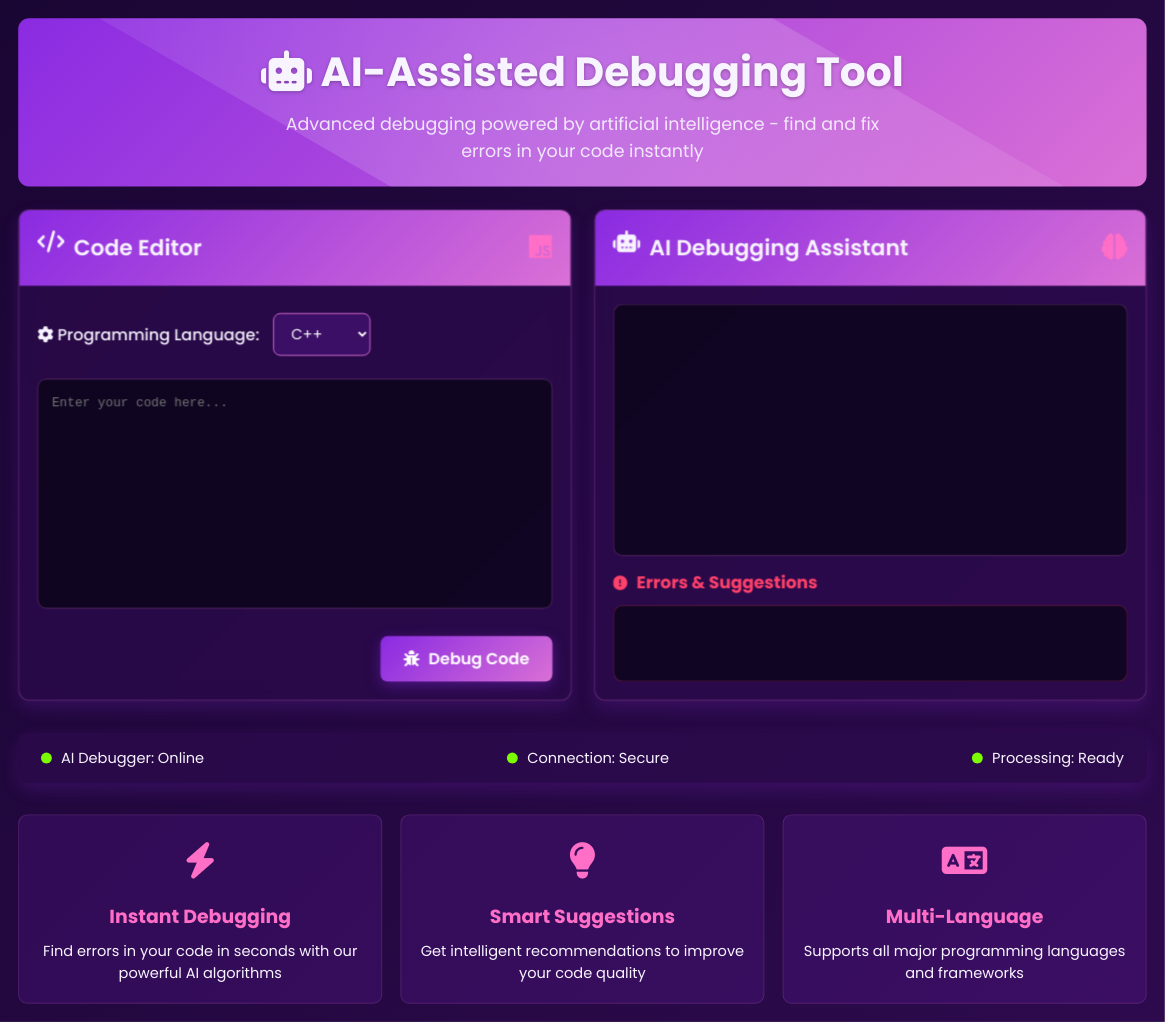
Repository: ujjwalkathait/AI-Asissted_Debugging_tool
Page: Frontend/public/index.html
These files come from the project's save history. The page is drawn as it stood at one moment and after the next save; the edit follows.
The browser window is 1280 px wide. The pictures show the whole page, at 91% of full size.

Above is the page before, as saved 2025-06-22 23:51:23.

### Frontend/public/index.html
<!DOCTYPE html>
<html lang="en">
<head>
    <meta charset="UTF-8">
    <meta name="viewport" content="width=device-width, initial-scale=1.0">
    <title>AI-Assisted Debugging Tool</title>
    <link href="https://fonts.googleapis.com/css2?family=Poppins:wght@300;400;500;600;700&display=swap" rel="stylesheet">
    <link rel="stylesheet" href="https://cdnjs.cloudflare.com/ajax/libs/font-awesome/6.4.0/css/all.min.css">
    <style>
        :root {
            --primary: #8A2BE2;
            --secondary: #DA70D6;
            --accent: #FF6EC7;
            --dark: #2D0A4D;
            --light: #F8F4FF;
            --text: #4A2A7C;
            --success: #7CFC00;
            --error: #FF416C;
            --border-radius: 12px;
            --transition: all 0.3s ease;
            --box-shadow: 0 8px 20px rgba(138, 43, 226, 0.2);
            --gradient: linear-gradient(135deg, var(--primary), var(--secondary));
        }

        * {
            margin: 0;
            padding: 0;
            box-sizing: border-box;
            font-family: 'Poppins', sans-serif;
        }

        body {
            background: linear-gradient(135deg, #1a0633, #2d0a4d);
            color: var(--light);
            min-height: 100vh;
            padding: 20px;
            display: flex;
            justify-content: center;
            align-items: center;
        }

        .container {
            width: 100%;
            max-width: 1600px;
            display: flex;
            flex-direction: column;
            gap: 25px;
        }

        header {
            text-align: center;
            padding: 25px;
            background: var(--gradient);
            border-radius: var(--border-radius);
            box-shadow: var(--box-shadow);
            animation: pulse 3s infinite;
            position: relative;
            overflow: hidden;
        }

        header::before {
            content: "";
            position: absolute;
            top: -50%;
            left: -50%;
            width: 200%;
            height: 200%;
            background: radial-gradient(circle, rgba(255,255,255,0.2) 0%, rgba(255,255,255,0) 70%);
            transform: rotate(30deg);
        }

        header h1 {
            font-size: 2.8rem;
            font-weight: 700;
            margin-bottom: 10px;
            text-shadow: 0 2px 4px rgba(0,0,0,0.3);
            position: relative;
        }

        header p {
            font-size: 1.2rem;
            opacity: 0.9;
            max-width: 700px;
            margin: 0 auto;
            position: relative;
        }

        .main-content {
            display: flex;
            gap: 25px;
            height: 75vh;
        }

        .panel {
            background: rgba(45, 10, 77, 0.7);
            backdrop-filter: blur(10px);
            border-radius: var(--border-radius);
            box-shadow: var(--box-shadow);
            overflow: hidden;
            display: flex;
            flex-direction: column;
            border: 1px solid rgba(218, 112, 214, 0.3);
            flex: 1;
        }

        .panel-header {
            padding: 20px;
            background: var(--gradient);
            display: flex;
            justify-content: space-between;
            align-items: center;
        }

        .panel-title {
            font-size: 1.5rem;
            font-weight: 600;
            display: flex;
            align-items: center;
            gap: 10px;
        }

        .panel-body {
            padding: 20px;
            flex: 1;
            display: flex;
            flex-direction: column;
            overflow: hidden;
        }

        .editor-container {
            flex: 1;
            display: flex;
            flex-direction: column;
            gap: 15px;
        }

        .language-selector {
            display: flex;
            align-items: center;
            gap: 15px;
            padding: 10px 0;
        }

        .language-selector label {
            font-size: 1.1rem;
            font-weight: 500;
        }

        select {
            padding: 10px 15px;
            background: rgba(138, 43, 226, 0.2);
            border: 1px solid var(--secondary);
            border-radius: 8px;
            color: white;
            font-size: 1rem;
            cursor: pointer;
            transition: var(--transition);
            outline: none;
        }

        select:focus {
            box-shadow: 0 0 0 3px rgba(218, 112, 214, 0.4);
        }

        .code-editor {
            flex: 1;
            background: rgba(10, 5, 25, 0.8);
            border-radius: 10px;
            border: 1px solid rgba(218, 112, 214, 0.3);
            padding: 15px;
            font-family: 'Courier New', monospace;
            font-size: 14px;
            color: #E6D4FF;
            line-height: 1.5;
            resize: none;
            transition: var(--transition);
        }

        .code-editor:focus {
            border-color: var(--accent);
            box-shadow: 0 0 0 3px rgba(255, 110, 199, 0.2);
        }

        .debug-btn {
            padding: 12px 25px;
            background: var(--gradient);
            color: white;
            border: none;
            border-radius: 8px;
            font-size: 1.1rem;
            font-weight: 600;
            cursor: pointer;
            transition: var(--transition);
            display: flex;
            align-items: center;
            justify-content: center;
            gap: 10px;
            margin-top: 15px;
            align-self: flex-end;
            box-shadow: 0 4px 15px rgba(138, 43, 226, 0.4);
        }

        .debug-btn:hover {
            transform: translateY(-3px);
            box-shadow: 0 6px 20px rgba(138, 43, 226, 0.6);
        }

        .debug-btn:active {
            transform: translateY(1px);
        }

        .output-container {
            flex: 1;
            display: flex;
            flex-direction: column;
            gap: 15px;
            overflow: hidden;
        }

        .ai-output {
            flex: 1;
            background: rgba(10, 5, 25, 0.8);
            border-radius: 10px;
            border: 1px solid rgba(218, 112, 214, 0.3);
            padding: 15px;
            font-family: 'Courier New', monospace;
            font-size: 14px;
            color: #E6D4FF;
            line-height: 1.5;
            overflow-y: auto;
        }

        .error-container {
            flex: 0.5;
            display: flex;
            flex-direction: column;
            gap: 10px;
        }

        .error-header {
            display: flex;
            align-items: center;
            gap: 10px;
            color: var(--error);
        }

        .error-box {
            flex: 1;
            background: rgba(10, 5, 25, 0.8);
            border-radius: 10px;
            border: 1px solid rgba(255, 65, 108, 0.3);
            padding: 15px;
            font-family: 'Courier New', monospace;
            font-size: 14px;
            color: #FFA8BA;
            line-height: 1.5;
            overflow-y: auto;
        }

        .status-bar {
            display: flex;
            justify-content: space-between;
            padding: 15px 25px;
            background: rgba(45, 10, 77, 0.7);
            border-radius: var(--border-radius);
            box-shadow: var(--box-shadow);
            margin-top: 10px;
        }

        .status-item {
            display: flex;
            align-items: center;
            gap: 10px;
        }

        .status-indicator {
            width: 12px;
            height: 12px;
            border-radius: 50%;
            background: var(--success);
        }

        .status-indicator.error {
            background: var(--error);
        }

        .language-icon {
            font-size: 1.8rem;
            color: var(--accent);
        }

        .feature-grid {
            display: grid;
            grid-template-columns: repeat(3, 1fr);
            gap: 20px;
            margin-top: 10px;
        }

        .feature-card {
            background: rgba(138, 43, 226, 0.15);
            border-radius: 10px;
            padding: 20px;
            text-align: center;
            transition: var(--transition);
            border: 1px solid rgba(218, 112, 214, 0.2);
        }

        .feature-card:hover {
            transform: translateY(-5px);
            background: rgba(138, 43, 226, 0.25);
            box-shadow: 0 8px 20px rgba(138, 43, 226, 0.3);
        }

        .feature-icon {
            font-size: 2.5rem;
            color: var(--accent);
            margin-bottom: 15px;
        }

        .feature-card h3 {
            font-size: 1.3rem;
            margin-bottom: 10px;
            color: var(--accent);
        }

        /* Animations */
        @keyframes pulse {
            0% { box-shadow: 0 0 0 0 rgba(138, 43, 226, 0.6); }
            70% { box-shadow: 0 0 0 15px rgba(138, 43, 226, 0); }
            100% { box-shadow: 0 0 0 0 rgba(138, 43, 226, 0); }
        }

        @keyframes float {
            0% { transform: translateY(0px); }
            50% { transform: translateY(-10px); }
            100% { transform: translateY(0px); }
        }

        .floating {
            animation: float 3s ease-in-out infinite;
        }

        /* Scrollbar styling */
        ::-webkit-scrollbar {
            width: 8px;
        }

        ::-webkit-scrollbar-track {
            background: rgba(45, 10, 77, 0.3);
            border-radius: 4px;
        }

        ::-webkit-scrollbar-thumb {
            background: var(--secondary);
            border-radius: 4px;
        }

        ::-webkit-scrollbar-thumb:hover {
            background: var(--accent);
        }

        /* Responsive design */
        @media (max-width: 1200px) {
            .main-content {
                flex-direction: column;
                height: auto;
            }

            .feature-grid {
                grid-template-columns: repeat(2, 1fr);
            }
        }

        @media (max-width: 768px) {
            .feature-grid {
                grid-template-columns: 1fr;
            }

            header h1 {
                font-size: 2.2rem;
            }

            .panel-header {
                padding: 15px;
            }
        }
    </style>
</head>
<body>
    <div class="container">
        <header>
            <h1><i class="fas fa-robot"></i> AI-Assisted Debugging Tool</h1>
            <p>Advanced debugging powered by artificial intelligence - find and fix errors in your code instantly</p>
        </header>

        <div class="main-content">
            <div class="panel">
                <div class="panel-header">
                    <div class="panel-title">
                        <i class="fas fa-code floating"></i>
                        <span>Code Editor</span>
                    </div>
                    <div class="language-icon">
                        <i class="fab fa-js"></i>
                    </div>
                </div>
                <div class="panel-body">
                    <div class="editor-container">
                        <div class="language-selector">
                            <label for="language-select"><i class="fas fa-cog"></i> Programming Language:</label>
                            <select id="language-select">

                                <option>C++</option>
                                <option>Python</option>
                                <option>Java</option>
                            </select>
                        </div>
                        <textarea class="code-editor" id="code-input" placeholder="Enter your code here..."></textarea>
                        <button class="debug-btn" id="debug-button">
                            <i class="fas fa-bug"></i> Debug Code
                        </button>
                    </div>
                </div>
            </div>

            <div class="panel">
                <div class="panel-header">
                    <div class="panel-title">
                        <i class="fas fa-robot floating"></i>
                        <span>AI Debugging Assistant</span>
                    </div>
                    <div class="language-icon">
                        <i class="fas fa-brain"></i>
                    </div>
                </div>
                <div class="panel-body">
                    <div class="output-container">
                        <div class="ai-output" id="debug-output">
</div>

                        <div class="error-container">
                            <div class="error-header">
                                <i class="fas fa-exclamation-circle"></i>
                                <h3>Errors & Suggestions</h3>
                            </div>
                            <div class="error-box" id="error-output"></div>
                        </div>
                    </div>
                </div>
            </div>
        </div>

        <div class="status-bar">
            <div class="status-item">
                <div class="status-indicator"></div>
                <span>AI Debugger: Online</span>
            </div>
            <div class="status-item">
                <div class="status-indicator"></div>
                <span>Connection: Secure</span>
            </div>
            <div class="status-item">
                <div class="status-indicator"></div>
                <span>Processing: Ready</span>
            </div>
        </div>

        <div class="feature-grid">
            <div class="feature-card">
                <div class="feature-icon">
                    <i class="fas fa-bolt"></i>
                </div>
                <h3>Instant Debugging</h3>
                <p>Find errors in your code in seconds with our powerful AI algorithms</p>
            </div>
            <div class="feature-card">
                <div class="feature-icon">
                    <i class="fas fa-lightbulb"></i>
                </div>
                <h3>Smart Suggestions</h3>
                <p>Get intelligent recommendations to improve your code quality</p>
            </div>
            <div class="feature-card">
                <div class="feature-icon">
                    <i class="fas fa-language"></i>
                </div>
                <h3>Multi-Language</h3>
                <p>Supports all major programming languages and frameworks</p>
            </div>
        </div>
    </div>

    <script>
        document.addEventListener('DOMContentLoaded', function() {
            const debugBtn = document.getElementById('debug-button');
            const codeInput = document.getElementById('code-input');
            const debugOutput = document.getElementById('debug-output');
            const errorOutput = document.getElementById('error-output');
            const languageSelect = document.getElementById('language-select');
            const languageIcon = document.querySelector('.language-icon i');

            // Language icons mapping
            const languageIcons = {
                'JavaScript': 'fab fa-js',
                'Python': 'fab fa-python',
                'Java': 'fab fa-java',
                'C++': 'fas fa-c',
                'TypeScript': 'fas fa-code',
                'PHP': 'fab fa-php',
                'Ruby': 'fas fa-gem'
            };

            // Update language icon when selection changes
            languageSelect.addEventListener('change', function() {
                const lang = this.value;
                languageIcon.className = languageIcons[lang] || 'fas fa-code';
            });

            // Debug button functionality
            debugBtn.addEventListener('click', function() {
                // Add loading animation
                debugBtn.innerHTML = '<i class="fas fa-spinner fa-spin"></i> Debugging...';
                debugBtn.disabled = true;

                // Simulate AI processing
                setTimeout(() => {
                    // In a real app, this would be an API call to an AI service

                    // Update UI with "results"
                    debugOutput.textContent = `// Debugged code\n${codeInput.value.replace('<= arr.length', '< arr.length')}`;

                    // Add more detailed error analysis
                    errorOutput.innerHTML = '';
                    // Reset button
                    debugBtn.innerHTML = '<i class="fas fa-bug"></i> Debug Code';
                    debugBtn.disabled = false;

                    // Add visual feedback
                    debugBtn.style.background = 'linear-gradient(135deg, #00c853, #7cfc00)';
                    setTimeout(() => {
                        debugBtn.style.background = 'var(--gradient)';
                    }, 2000);
                }, 1500);
            });

            // Add example code when clicking in the editor
            codeInput.addEventListener('click', function() {
                if (this.value === '') {
                    this.value = '';
                }
            });
        });
    </script>
</body>
</html>

After the next save:
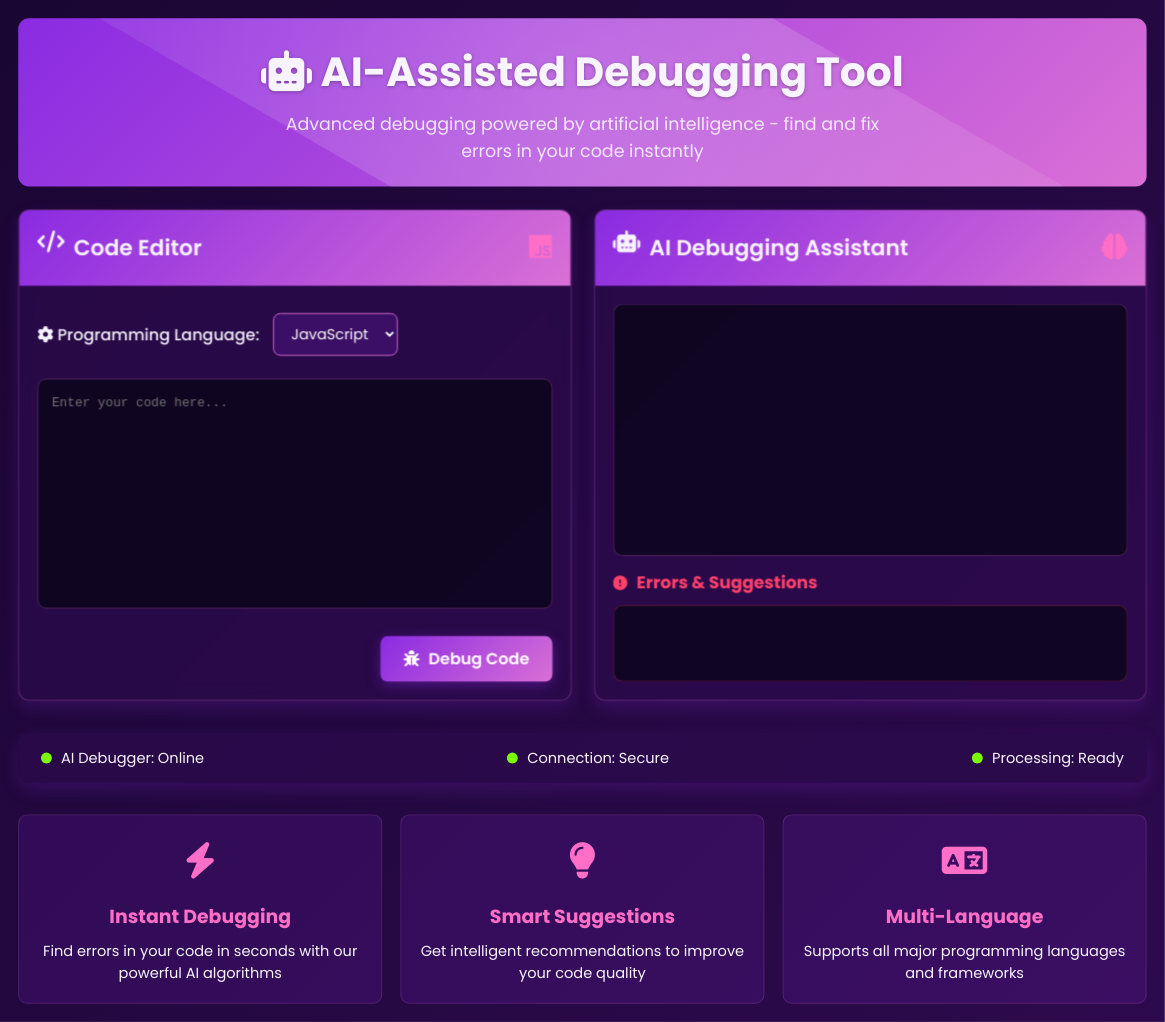
Saved 4 s later.
--- a/Frontend/public/index.html
+++ b/Frontend/public/index.html
@@ -409,7 +409,7 @@
                         <div class="language-selector">
                             <label for="language-select"><i class="fas fa-cog"></i> Programming Language:</label>
                             <select id="language-select">
-
+                                <option>JavaScript</option>
                                 <option>C++</option>
                                 <option>Python</option>
                                 <option>Java</option>

After the save that followed:
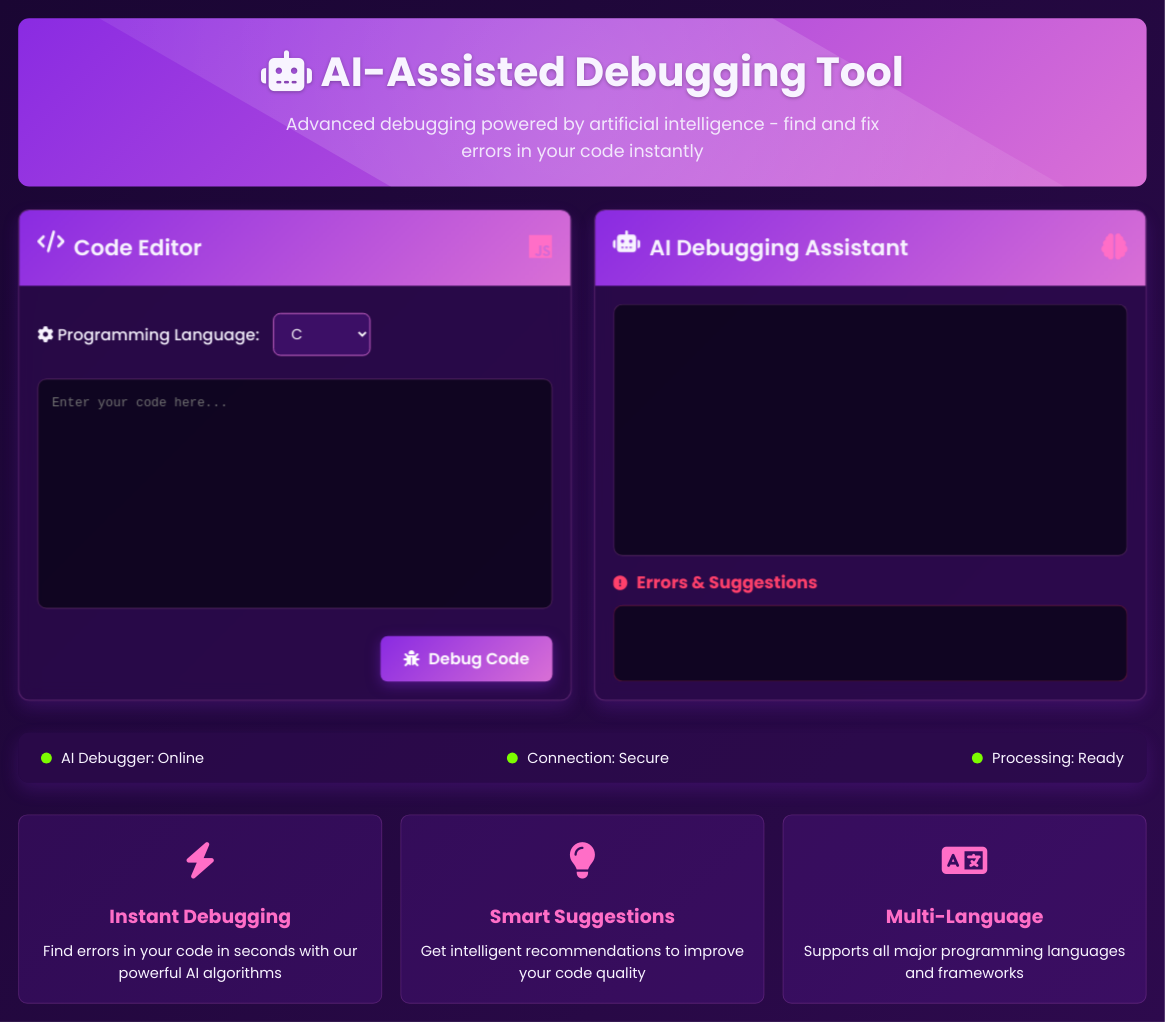
Saved 4 s later.
--- a/Frontend/public/index.html
+++ b/Frontend/public/index.html
@@ -409,7 +409,7 @@
                         <div class="language-selector">
                             <label for="language-select"><i class="fas fa-cog"></i> Programming Language:</label>
                             <select id="language-select">
-                                <option>JavaScript</option>
+                                <option>C</option>
                                 <option>C++</option>
                                 <option>Python</option>
                                 <option>Java</option>
